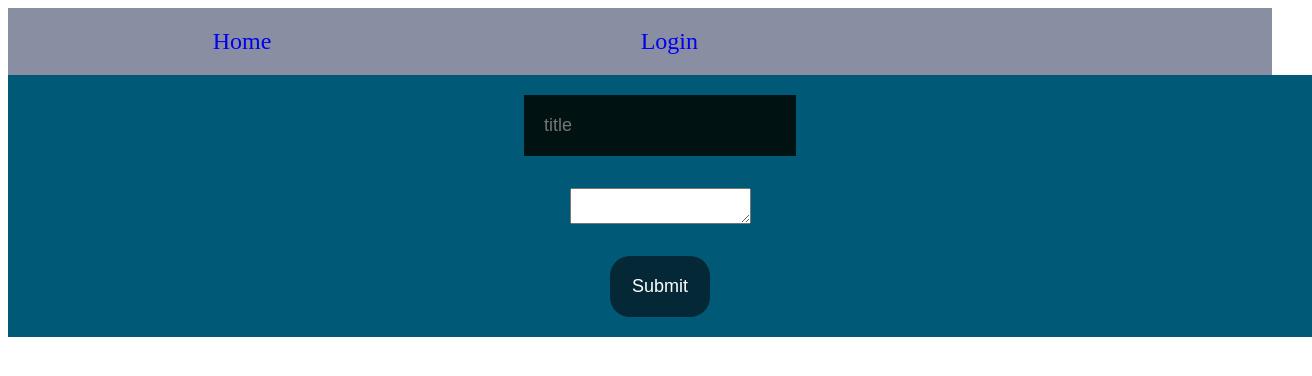
Repository: albinsabu2023/postapp
Page: /createpost
These files come from the project's save history. The page is drawn as it stood at one moment and after the next save; the edit follows.
The browser window is 1280 px wide. The page is 1312 px wide, then 1280 px, so the pictures cover 1312 px, including what lies to the right of the window. The pictures show the whole page.
The project was rebuilt for these pictures with package versions that can differ from the ones it lists, and the page was loaded fresh each time. Also part of the build but not shown: src/Components/Home.tsx, src/Components/Login.tsx.

Above is the page before, as saved 2024-02-05 11:29:45.

After the next save:
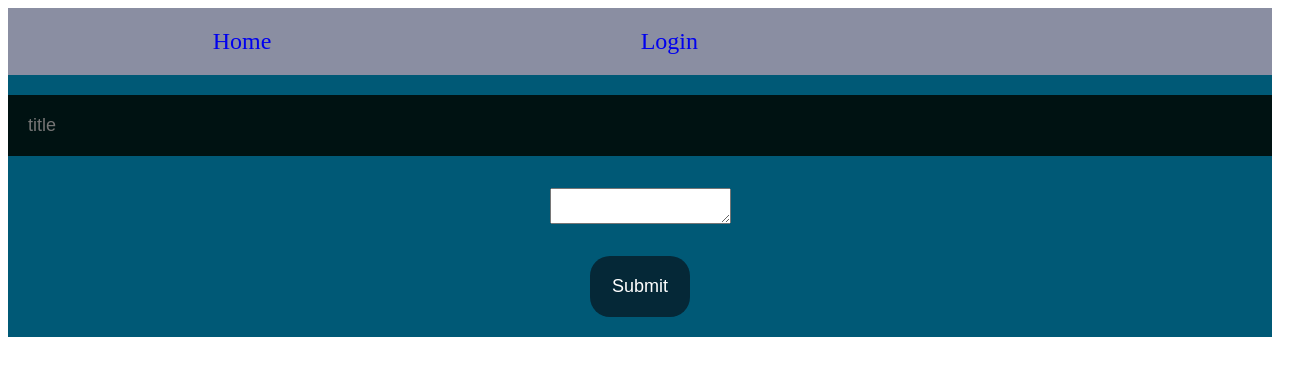
Saved 10 s later.
--- a/src/create-post/CreateForm.css
+++ b/src/create-post/CreateForm.css
@@ -5,11 +5,12 @@ form{
     background-color: rgb(0, 89, 118);
     align-items: center;
     justify-content: center;
-    width: 100%;
+
 }
 form input{
     background-color: rgb(0, 18, 18);
     padding: 20px;
+    width: 100%;
     color: white;
     font-size: large;
     border: none;
